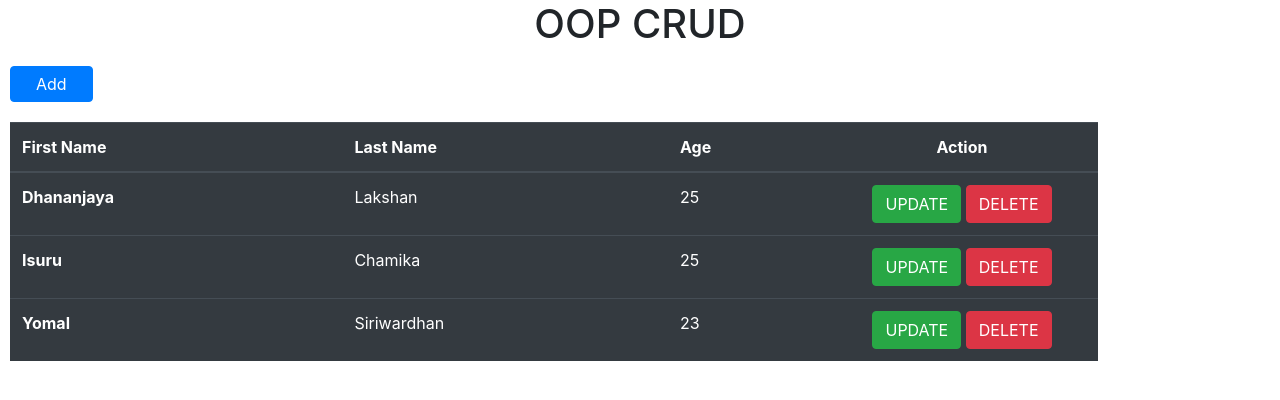
Repository: DhananjayaLakshan/PHP_CRUD_OOP1
Page: http://localhost/
An editor plug-in stored every save of this project. The page is shown before and after the next save, followed by the edit.
The browser window is 1280 px wide. The pictures show the whole page.
The page is run by PHP 8.4 with error messages shown; the project is at /var/www/html/. Queries for data that is not in the repository find no rows.

Above is the page before, as saved 2023-11-30 12:57:06.

After the next save:
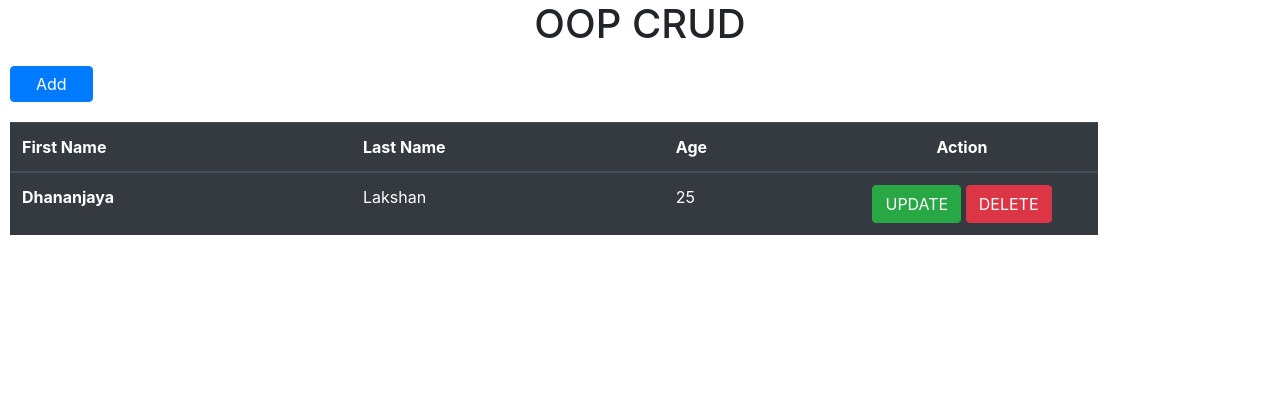
Saved 9 min 54 s later.
--- a/index.php
+++ b/index.php
@@ -1,3 +1,10 @@
+<?php
+    require_once('signupConfig.php');
+    $data = new signupConfig();
+    $all = $data->fetchAll();
+?>
+
+
 <!DOCTYPE html>
 <html lang="en">
 
@@ -38,24 +45,7 @@
                     <button class="btn btn-danger">DELETE</button>
                 </td>
             </tr>
-            <tr>
-                <th>Isuru</th>
-                <td>Chamika</td>
-                <td>25</td>
-                <td style="width: 25%; text-align: center;">
-                    <button class="btn btn-success">UPDATE</button>
-                    <button class="btn btn-danger">DELETE</button>
-                </td>
-            </tr>
-            <tr>
-                <th>Yomal</th>
-                <td>Siriwardhan</td>
-                <td>23</td>
-                <td style="width: 25%; text-align: center;">
-                    <button class="btn btn-success">UPDATE</button>
-                    <button class="btn btn-danger">DELETE</button>
-                </td>
-            </tr>
+
         </tbody>
     </table>
 
